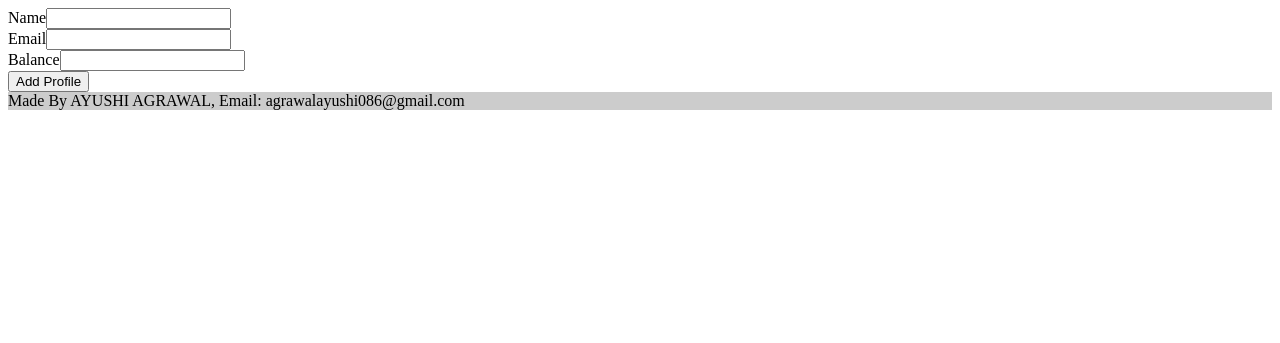
Repository: ayushiagrawal083/BasicBankingSystem
Page: Bank/WebContent/newuser.html
The author's editor kept a copy of each file at every save. The page is drawn from the files as they stood at one save, then again after the next save.
The browser window is 1280 px wide. The pictures show the whole page.

Above is the page before, as saved 2022-10-21 10:44:40.

### Bank/WebContent/newuser.html
<!DOCTYPE html>
<html>
<head>
<meta charset="ISO-8859-1">
<title>Insert title here</title>
</head>
<body>
<form action="userSignup.jsp" method="post">
Name<input type="text" name="name" /><br />
Email<input type="email" name="email" /><br/>
Balance<input type="number" name="bal"/><br/>
<input type="submit" value="Add Profile"/>
</form>
<footer class="bg-dark text-center text-white">

  <div class="container p-4 pb-0">
   <div class="text-center p-3" style="background-color: rgba(0, 0, 0, 0.2);"> Made By AYUSHI AGRAWAL,  Email: agrawalayushi086@gmail.com

  </div>

</footer>
<script src="https://code.jquery.com/jquery-3.3.1.slim.min.js" integrity="sha384-q8i/X+965DzO0rT7abK41JStQIAqVgRVzpbzo5smXKp4YfRvH+8abtTE1Pi6jizo" crossorigin="anonymous"></script>
<script src="https://cdnjs.cloudflare.com/ajax/libs/popper.js/1.14.7/umd/popper.min.js" integrity="sha384-UO2eT0CpHqdSJQ6hJty5KVphtPhzWj9WO1clHTMGa3JDZwrnQq4sF86dIHNDz0W1" crossorigin="anonymous"></script>
<script src="https://stackpath.bootstrapcdn.com/bootstrap/4.3.1/js/bootstrap.min.js" integrity="sha384-JjSmVgyd0p3pXB1rRibZUAYoIIy6OrQ6VrjIEaFf/nJGzIxFDsf4x0xIM+B07jRM" crossorigin="anonymous"></script>
</body>
</html>

After the next save:
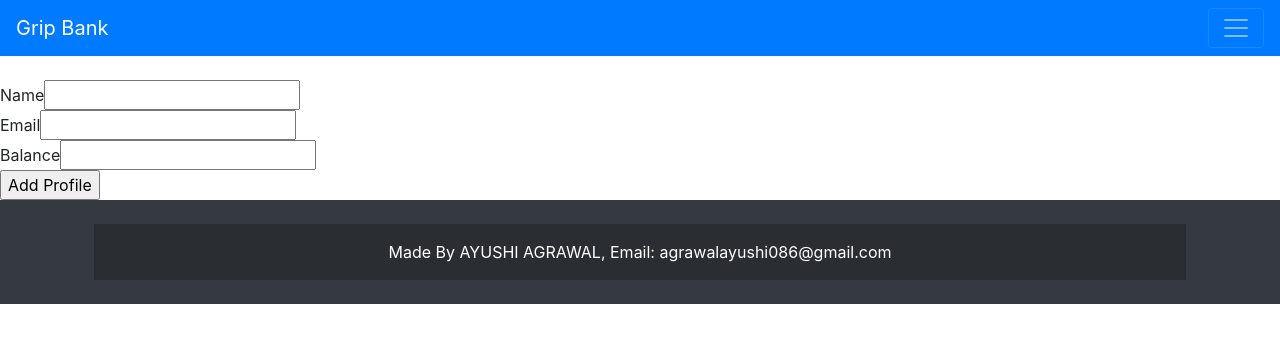
Console error: TypeError: Cannot read properties of undefined (reading 'fn')
Saved 36 s later.
--- a/Bank/WebContent/newuser.html
+++ b/Bank/WebContent/newuser.html
@@ -1,10 +1,40 @@
 <!DOCTYPE html>
 <html>
 <head>
-<meta charset="ISO-8859-1">
-<title>Insert title here</title>
+	<meta http-equiv="Content-type" content="text/html" charset="utf-8"/>
+	<link rel="stylesheet" href="https://stackpath.bootstrapcdn.com/bootstrap/4.3.1/css/bootstrap.min.css" integrity="sha384-ggOyR0iXCbMQv3Xipma34MD+dH/1fQ784/j6cY/iJTQUOhcWr7x9JvoRxT2MZw1T" crossorigin="anonymous">
+<script src="https://stackpath.bootstrapcdn.com/bootstrap/4.3.1/js/bootstrap.min.js" integrity="sha384-JjSmVgyd0p3pXB1rRibZUAYoIIy6OrQ6VrjIEaFf/nJGzIxFDsf4x0xIM+B07jRM" crossorigin="anonymous"></script>
+	<title>Welcome To Bank</title>
 </head>
 <body>
+
+<nav class="navbar navbar-dark bg-primary">
+  <a class="navbar-brand" href="index.html">Grip Bank</a>
+  <button class="navbar-toggler" type="button" data-toggle="collapse" data-target="#navbarSupportedContent" aria-controls="navbarSupportedContent" aria-expanded="false" aria-label="Toggle navigation">
+    <span class="navbar-toggler-icon"></span>
+  </button>
+
+  <div class="collapse navbar-collapse" id="navbarSupportedContent">
+    <ul class="navbar-nav mr-auto">
+      <li class="nav-item">
+        <a class="nav-link" href="index.html">Home</a>
+      </li>
+       <li class="nav-item">
+        <a class="nav-link" href="allUsers.jsp">View All Customers</a>
+      </li>
+       <li class="nav-item">
+        <a class="nav-link" href="transactiontable.jsp">Transaction History</a>
+      </li>
+      <li class="nav-item">
+        <a class="nav-link" href="sendmoney.html">Send Money</a>
+      </li>
+       <li class="nav-item">
+        <a class="nav-link" href="newuser.html">New User</a>
+      </li>
+
+  </div>
+</nav>
+<br />
 <form action="userSignup.jsp" method="post">
 Name<input type="text" name="name" /><br />
 Email<input type="email" name="email" /><br/>
